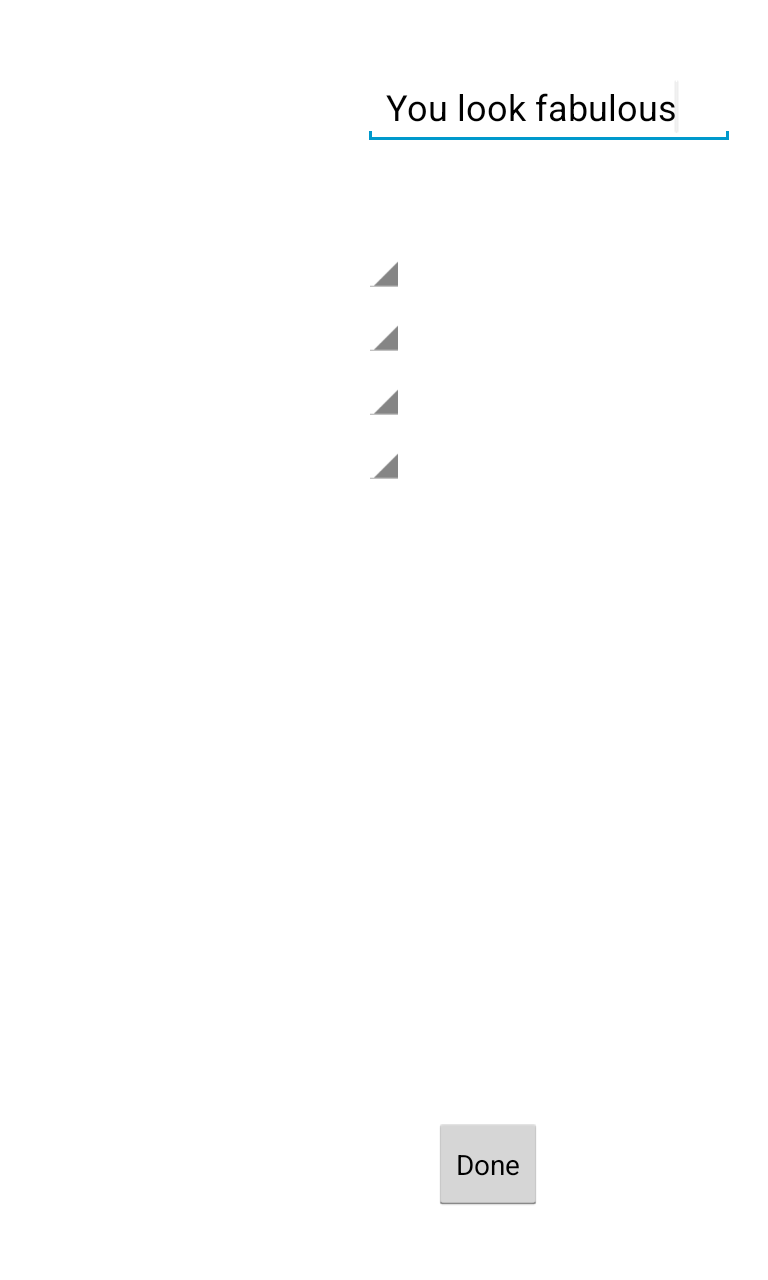
Repository: rtyanas/MyPics
Layout: workspace/MyPic/res/layout/activity_settings.xml
An editor plug-in stored every save of this project. The layout is shown before and after the next save, followed by the edit.
It is drawn on a 768 x 1280 px phone screen (xhdpi) without system bars, with theme AppTheme; the app's code is not run.

Above is the layout before, as saved 2013-12-17 16:13:35.

### workspace/MyPic/res/layout/activity_settings.xml
<RelativeLayout xmlns:android="http://schemas.android.com/apk/res/android"
    xmlns:tools="http://schemas.android.com/tools"
    android:id="@+id/message"
    android:layout_width="match_parent"
    android:layout_height="match_parent"
    android:paddingBottom="@dimen/activity_vertical_margin"
    android:paddingLeft="@dimen/activity_horizontal_margin"
    android:paddingRight="@dimen/activity_horizontal_margin"
    android:paddingTop="@dimen/activity_vertical_margin"
    tools:context=".SettingsActivity" >

    <Spinner
        android:id="@+id/rotate"
        android:layout_width="wrap_content"
        android:layout_height="wrap_content"
        android:layout_alignLeft="@+id/color"
        android:layout_below="@+id/color" />

    <Spinner
        android:id="@+id/color"
        android:layout_width="wrap_content"
        android:layout_height="wrap_content"
        android:layout_alignLeft="@+id/style"
        android:layout_below="@+id/style" />

    <Spinner
        android:id="@+id/style"
        android:layout_width="wrap_content"
        android:layout_height="wrap_content"
        android:layout_alignLeft="@+id/font"
        android:layout_below="@+id/font" />

    <Spinner
        android:id="@+id/font"
        android:layout_width="wrap_content"
        android:layout_height="wrap_content"
        android:layout_below="@+id/editText1"
        android:layout_centerHorizontal="true"
        android:layout_marginTop="42dp" />

    <Button
        android:id="@+id/done"
        style="?android:attr/buttonStyleSmall"
        android:layout_width="wrap_content"
        android:layout_height="wrap_content"
        android:layout_alignLeft="@+id/rotate"
        android:layout_alignParentBottom="true"
        android:layout_marginBottom="18dp"
        android:layout_marginLeft="35dp"
        android:text="@string/done" />

    <EditText
        android:id="@+id/editText1"
        android:layout_width="wrap_content"
        android:layout_height="wrap_content"
        android:layout_alignLeft="@+id/font"
        android:layout_alignParentTop="true"
        android:layout_marginTop="18dp"
        android:ems="10"
        android:text="@string/fabulous" >

        <requestFocus />
    </EditText>

</RelativeLayout>

### workspace/MyPic/res/values/strings.xml
<?xml version="1.0" encoding="utf-8"?>
<resources>

    <string name="app_name">MyPic</string>
    <string name="action_settings">Settings</string>
    <string name="hello_world">Hello world!</string>
    <string name="fabulous">You look fabulous</string>
    <string name="my_pic_image">myPic Image</string>
    <string name="get_image">Get Image</string>
    <string name="title_activity_get_image">GetImageActivity</string>
    <string name="title_activity_settings">SettingsActivity</string>
    <string name="init_text">You are fabulous</string>
    <string name="done">Done</string>

</resources>

Loaded but not shown: workspace/MyPic/res/values/styles.xml (common file); workspace/MyPic/res/values-v11/styles.xml (common file); workspace/MyPic/res/values-v14/styles.xml (common file); workspace/MyPic/res/values/dimens.xml (common file)

After the next save:
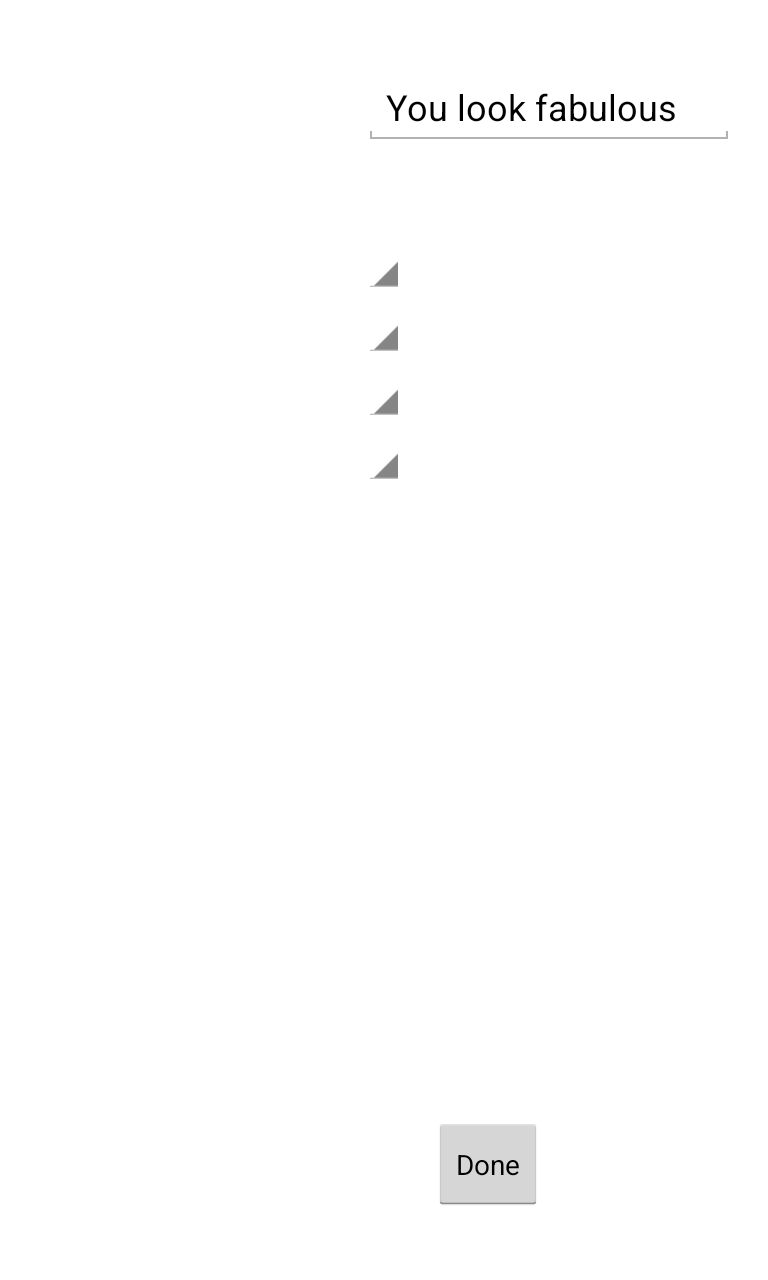
Saved 2 min 31 s later.
--- a/workspace/MyPic/res/layout/activity_settings.xml
+++ b/workspace/MyPic/res/layout/activity_settings.xml
@@ -8,6 +8,18 @@
     android:paddingRight="@dimen/activity_horizontal_margin"
     android:paddingTop="@dimen/activity_vertical_margin"
     tools:context=".SettingsActivity" >
+
+    <EditText
+        android:id="@+id/editText1"
+        android:layout_width="wrap_content"
+        android:layout_height="wrap_content"
+        android:layout_alignLeft="@+id/font"
+        android:layout_alignParentTop="true"
+        android:layout_marginTop="18dp"
+        android:ems="10"
+        android:text="@string/fabulous" >
+
+    </EditText>
 
     <Spinner
         android:id="@+id/rotate"
@@ -49,17 +61,4 @@
         android:layout_marginLeft="35dp"
         android:text="@string/done" />
 
-    <EditText
-        android:id="@+id/editText1"
-        android:layout_width="wrap_content"
-        android:layout_height="wrap_content"
-        android:layout_alignLeft="@+id/font"
-        android:layout_alignParentTop="true"
-        android:layout_marginTop="18dp"
-        android:ems="10"
-        android:text="@string/fabulous" >
-
-        <requestFocus />
-    </EditText>
-
 </RelativeLayout>
